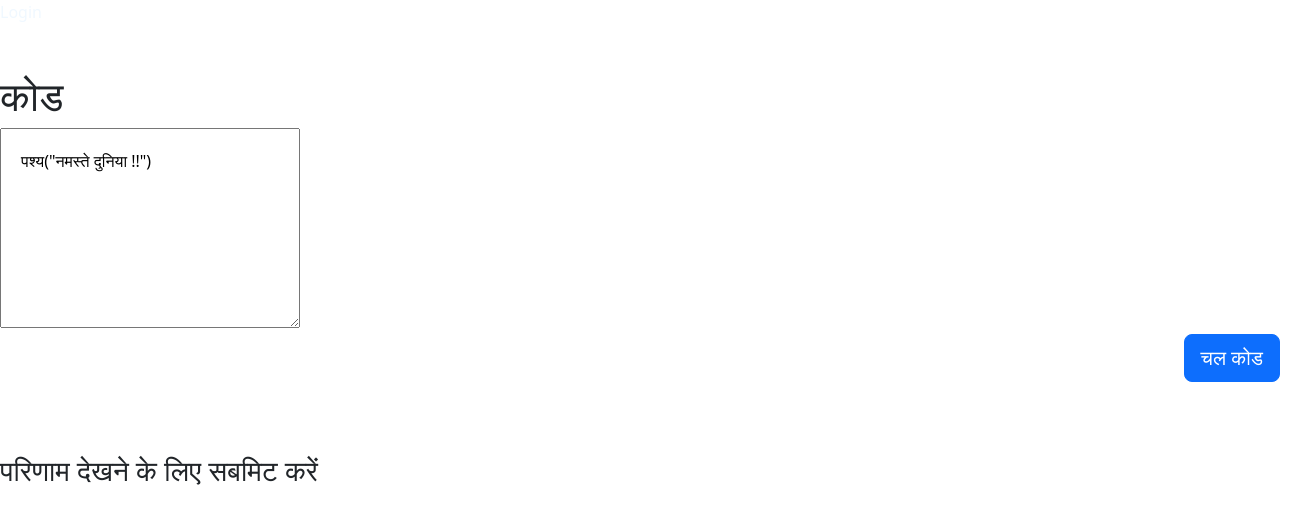
Repository: Vivek3072/webapp_shuniya_code.com
Page: /
The author's editor kept a copy of each file at every save. The page is drawn from the files as they stood at one save, then again after the next save.
The browser window is 1280 px wide. The page is 1292 px wide, so the pictures cover 1292 px, including what lies to the right of the window. The pictures show the whole page.
The project was rebuilt for these pictures with package versions that can differ from the ones it lists, and the page was loaded fresh each time. Also part of the build but not shown: src/components/Login.js, src/components/Singup.js, src/home/index.css. Imported but missing from the stored project, and not drawn on this page: src/axiosApi.

Above is the page before, as saved 2021-02-27 22:01:37.

After the next save:
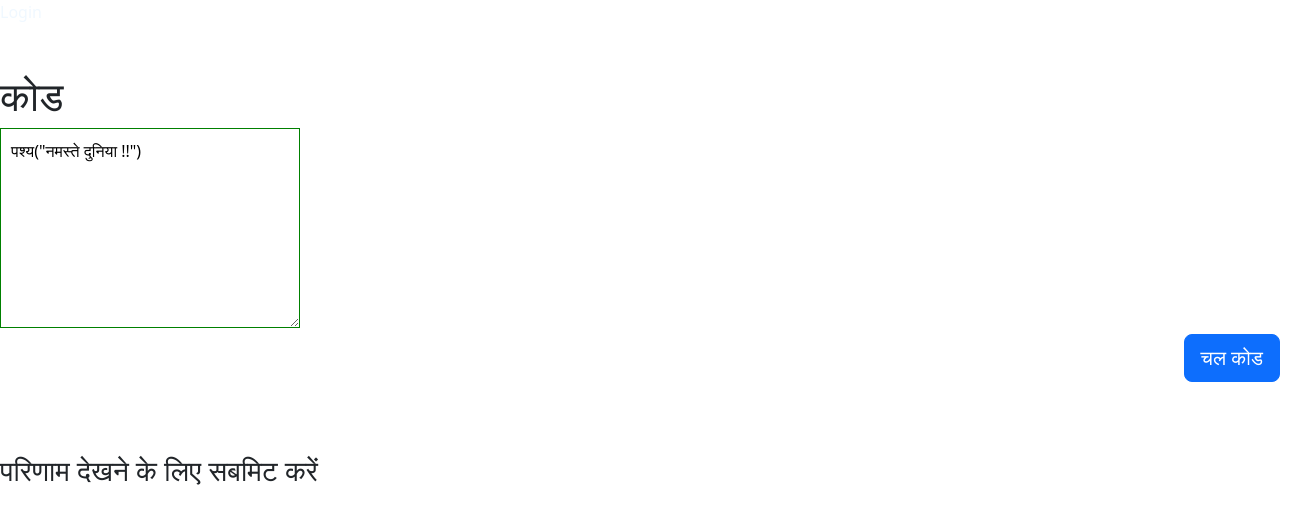
Saved 93 s later.
--- a/src/home/index.js
+++ b/src/home/index.js
@@ -1,6 +1,6 @@
 import React, { Component } from "react";
 import axios from "axios";
-import './index.css'
+import './Index.css'
 export default class home extends Component {
   constructor(props) {
     super(props);
@@ -50,7 +50,7 @@
           <div className="row">
             <div className="col-sm-12 col-md-12 col-lg-12">
               <h1>कोड</h1>
-              <textarea id="texteditor" className="editor_area" style={{width: "300px",
+              <textarea id="texteditor" className="editorArea" style={{width: "300px",
     height: "200px"}}>
                 पश्य("नमस्ते दुनिया !!")
               </textarea>

After the save that followed:
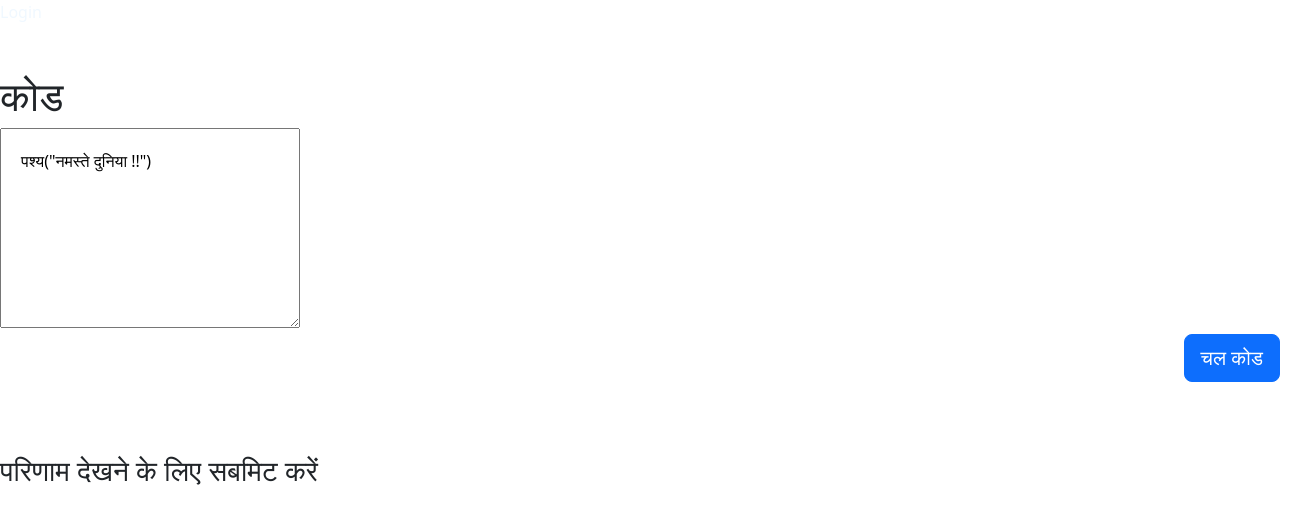
Saved 21 s later.
--- a/src/home/index.js
+++ b/src/home/index.js
@@ -1,6 +1,6 @@
 import React, { Component } from "react";
 import axios from "axios";
-import './Index.css'
+
 export default class home extends Component {
   constructor(props) {
     super(props);
